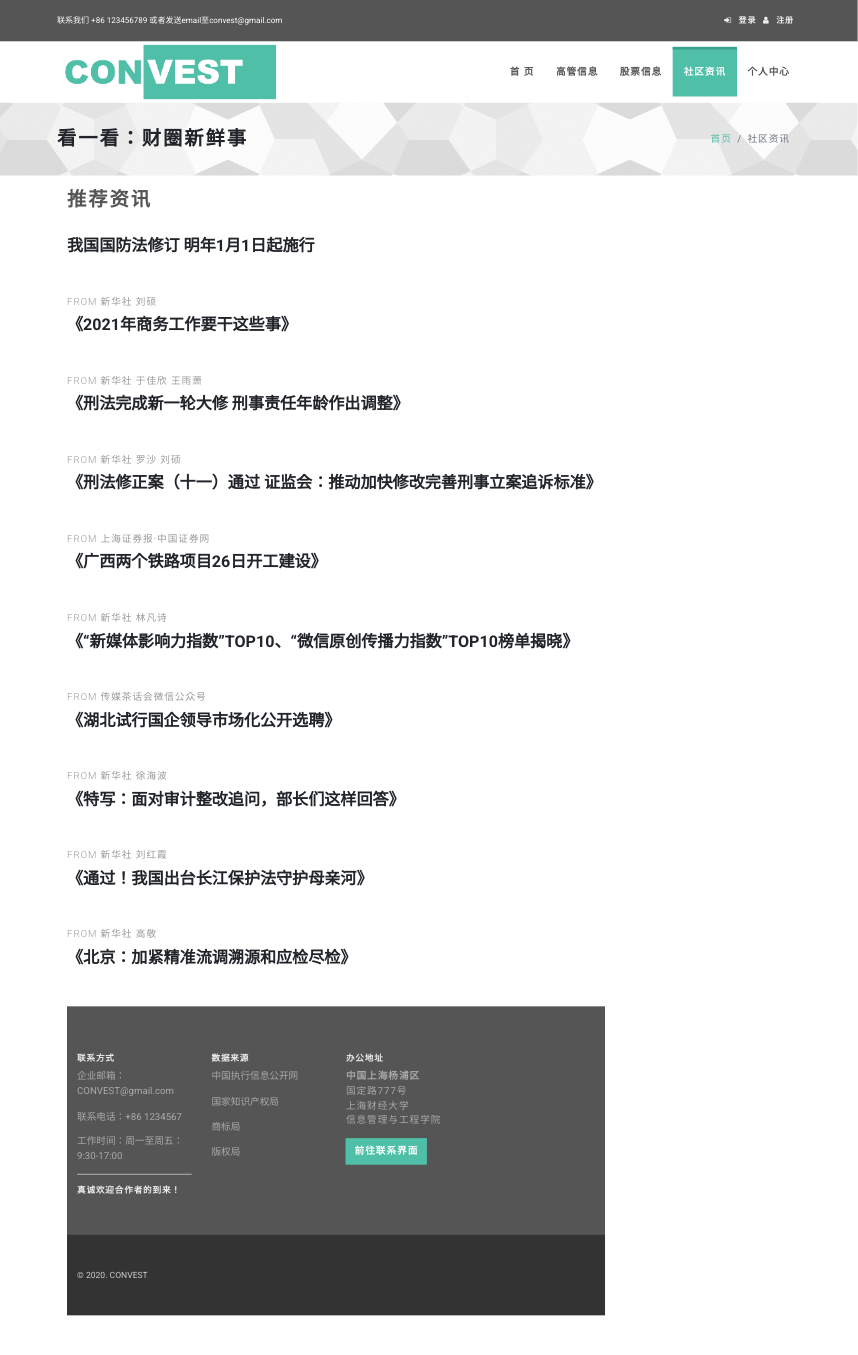
Repository: SUFELYZ/CONVEST
Page: http://localhost/CONVEST/社区资讯.jsp
An editor plug-in stored every save of this project. The page is shown before and after the next save, followed by the edit.
The browser window is 1280 px wide. The pictures show the whole page, at 67% of full size.
The page is served by Tomcat 9. Other server files are loaded and not shown.

Above is the page before, as saved 2021-01-03 14:15:26.

### CONVEST 1.0/CONVEST/WebContent/社区资讯.jsp
<%@ page language="java" contentType="text/html; charset=UTF-8" pageEncoding="UTF-8"%>
<!DOCTYPE html>
<html>
<head>
<meta charset="utf-8">
    <meta http-equiv="X-UA-Compatible" content="IE=edge">
    <title>CONVEST</title>
    <meta name="description" content="">
    <meta name="viewport" content="width=device-width, initial-scale=1">
    <meta name="robots" content="all,follow">
    <!-- Bootstrap CSS-->
    <link rel="stylesheet" href="vendor/bootstrap/css/bootstrap.min.css">
    <!-- Font Awesome CSS-->
    <link rel="stylesheet" href="vendor/font-awesome/css/font-awesome.min.css">
    <!-- Google fonts - Roboto-->
    <link rel="stylesheet" href="https://fonts.googleapis.com/css?family=Roboto:300,400,700">
    <!-- Bootstrap Select-->
    <link rel="stylesheet" href="vendor/bootstrap-select/css/bootstrap-select.min.css">
    <!-- owl carousel-->
    <link rel="stylesheet" href="vendor/owl.carousel/assets/owl.carousel.css">
    <link rel="stylesheet" href="vendor/owl.carousel/assets/owl.theme.default.css">
    <!-- theme stylesheet-->
    <link rel="stylesheet" href="css/style.default.css" id="theme-stylesheet">
    <!-- Custom stylesheet - for your changes-->
    <link rel="stylesheet" href="css/custom.css">
    <!-- Favicon and apple touch icons-->
    <link rel="shortcut icon" href="img/favicon.ico" type="image/x-icon">
    <link rel="apple-touch-icon" href="img/apple-touch-icon.png">
    <link rel="apple-touch-icon" sizes="57x57" href="img/apple-touch-icon-57x57.png">
    <link rel="apple-touch-icon" sizes="72x72" href="img/apple-touch-icon-72x72.png">
    <link rel="apple-touch-icon" sizes="76x76" href="img/apple-touch-icon-76x76.png">
    <link rel="apple-touch-icon" sizes="114x114" href="img/apple-touch-icon-114x114.png">
    <link rel="apple-touch-icon" sizes="120x120" href="img/apple-touch-icon-120x120.png">
    <link rel="apple-touch-icon" sizes="144x144" href="img/apple-touch-icon-144x144.png">
    <link rel="apple-touch-icon" sizes="152x152" href="img/apple-touch-icon-152x152.png">
    <!-- Tweaks for older IEs--><!--[if lt IE 9]>
        <script src="https://oss.maxcdn.com/html5shiv/3.7.3/html5shiv.min.js"></script>
        <script src="https://oss.maxcdn.com/respond/1.4.2/respond.min.js"></script><![endif]-->
</head>
<body>
<div id="all">
      <!-- Top bar-->
      <div class="top-bar">
        <div class="container">
          <div class="row d-flex align-items-center">
            <div class="col-md-6 d-md-block d-none">
              <p>联系我们 +86 123456789 或者发送email至convest@gmail.com</p>
            </div>
            <div class="col-md-6">
              <div class="d-flex justify-content-md-end justify-content-between">
                <ul class="list-inline contact-info d-block d-md-none">
                  <li class="list-inline-item"><a href="#"><i class="fa fa-phone"></i></a></li>
                  <li class="list-inline-item"><a href="#"><i class="fa fa-envelope"></i></a></li>
                </ul>
                <div class="login"><a href="#" data-toggle="modal" data-target="#login-modal" class="login-btn"><i class="fa fa-sign-in"></i><span class="d-none d-md-inline-block">登录</span></a><a href="customer-register.jsp" class="signup-btn"><i class="fa fa-user"></i><span class="d-none d-md-inline-block">注册</span></a></div>

              </div>
            </div>
          </div>
        </div>
      </div>
      <!-- Top bar end-->
      <!-- Login Modal-->
      <div id="login-modal" tabindex="-1" role="dialog" aria-labelledFrom="login-modalLabel" aria-hidden="true" class="modal fade">
        <div role="document" class="modal-dialog">
          <div class="modal-content">
            <div class="modal-header">
              <h4 id="login-modalLabel" class="modal-title">用户登录</h4>
              <button type="button" data-dismiss="modal" aria-label="Close" class="close"><span aria-hidden="true">×</span></button>
            </div>
            <div class="modal-body">
              <form action="个人中心.jsp" method="get">
                <div class="form-group">
                  <input id="email_modal" type="text" placeholder="email" class="form-control">
                </div>
                <div class="form-group">
                  <input id="password_modal" type="password" placeholder="密码" class="form-control">
                </div>
                <p class="text-center">
                  <button class="btn btn-template-outlined"><i class="fa fa-sign-in"></i> 登录</button>
                </p>
              </form>
              <p class="text-center text-muted">还没注册？</p>
              <p class="text-center text-muted"><a href="customer-register.jsp"><strong>即刻注册</strong></a>! 只需一分钟，体验更多功能！</p>
            </div>
          </div>
        </div>
      </div>
      <!-- Login modal end-->
      <!-- Navbar Start-->
      <header class="nav-holder make-sticky">
        <div id="navbar" role="navigation" class="navbar navbar-expand-lg">
          <div class="container"><a href="首页.jsp" class="navbar-brand home"><img src="img/logo.png" alt="Universal logo" class="d-none d-md-inline-block"><img src="img/logo-small.png" alt="Universal logo" class="d-inline-block d-md-none"><span class="sr-only">CONVEST - go to homepage</span></a>
            <button type="button" data-toggle="collapse" data-target="#navigation" class="navbar-toggler btn-template-outlined"><span class="sr-only">Toggle navigation</span><i class="fa fa-align-justify"></i></button>
            <div id="navigation" class="navbar-collapse collapse">
              <ul class="nav navbar-nav ml-auto">
                <li class="nav-item dropdown menu-large"><a href="首页.jsp" >首 页 <b class="caret"></b></a>

                </li>
                <li class="nav-item dropdown menu-large"><a href="高管信息.jsp">高管信息 <b class="caret"></b></a>

                </li>
                <li class="nav-item dropdown menu-large"><a href="股票信息.jsp" >股票信息<b class="caret"></b></a>

                </li>
                <li class="nav-item dropdown active"><a href="社区资讯.jsp" >社区资讯 <b class="caret"></b></a>

                </li>

                <li class="nav-item dropdown menu-large"><a href="个人中心.jsp" >个人中心 <b class="caret"></b></a>

                </li>
                <!-- ========== Contact dropdown end ==================-->
              </ul>
            </div>
            <div id="search" class="collapse clearfix">
              <form role="search" class="navbar-form">
                <div class="input-group">
                  <input type="text" placeholder="Search" class="form-control"><span class="input-group-btn">
                    <button type="button" class="btn btn-template-main"><i class="fa fa-search"></i></button></span>
                </div>
              </form>
            </div>
          </div>
        </div>
      </header>
      <!-- Navbar End-->

      <div id="heading-breadcrumbs">
        <div class="container">
          <div class="row d-flex align-items-center flex-wrap">
            <div class="col-md-7">
              <h1 class="h2">看一看：财圈新鲜事</h1>
            </div>
            <div class="col-md-5">
              <ul class="breadcrumb d-flex justify-content-end">
                <li class="breadcrumb-item"><a href="首页.jsp">首页</a></li>
                <li class="breadcrumb-item active">社区资讯</li>
              </ul>
            </div>
          </div>
        </div>
      </div>
      <div id="content">
        <div class="container">
          <section class="bar no-padding-bottom">
            <div class="row">
              <div class="col-md-12">
              </div>
            </div>
          </section>


      <!-- LEFT COLUMN _________________________________________________________-->
              <div id="blog-listing-big" class="col-md-9">
                  <div class="post" id="qeone">
                      <h2><a>推荐资讯</a></h2>


                         <br>
                      <div class="post" id="qeone">
                      <h3><a id="title1">我国国防法修订 明年1月1日起施行</a></h3>
                  </div>
                  <div class="post" id="qetwo">

                      <div class="row">
                          <div class="col-sm-6">
                              <p class="author-category">From <a id="name1">新华社 刘硕</a></p>
                          </div>

                      </div>
                      <h3><a id="title2">《2021年商务工作要干这些事》</a></h3>
                  </div>
                  <div class="post" id="qethree">

                      <div class="row" >
                          <div class="col-sm-6">
                              <p class="author-category">From <a id="name2">新华社 于佳欣 王雨萧</a></p>
                          </div>

                      </div>
                      <h3><a id="title3">《刑法完成新一轮大修 刑事责任年龄作出调整》</a></h3>
                  </div>
                  <div class="post" id="qefour">

                      <div class="row">
                          <div class="col-sm-6">
                              <p class="author-category">From <a id="name3">新华社 罗沙 刘硕</a></p>
                          </div>
                      </div>
                      <h3><a id="title4">《刑法修正案（十一）通过 证监会：推动加快修改完善刑事立案追诉标准》</a></h3>
                  </div>
                  <div class="post" id="qefive">

                      <div class="row">
                          <div class="col-sm-6">
                              <p class="author-category">From <a id="name4">上海证券报·中国证券网 </a></p>
                          </div>
                      </div>
                      <h3><a id="title5">《广西两个铁路项目26日开工建设》</a></h3>
                  </div>
                  <div class="post" id="qesix">

                      <div class="row">
                          <div class="col-sm-6">
                              <p class="author-category">From <a id="name5">新华社 林凡诗</a></p>
                          </div>
                      </div>
                      <h3><a id="title6">《“新媒体影响力指数”TOP10、“微信原创传播力指数”TOP10榜单揭晓》</a></h3>
                  </div>
                   <div class="post" id="qeseven">

                      <div class="row">
                          <div class="col-sm-6">
                              <p class="author-category">From <a id="name6">传媒茶话会微信公众号</a></p>
                          </div>
                      </div>
                      <h3><a id="title7">《湖北试行国企领导市场化公开选聘》</a></h3>
                  </div>
                   <div class="post" id="qeeight">

                      <div class="row">
                          <div class="col-sm-6">
                              <p class="author-category">From <a id="name7">新华社 徐海波</a></p>
                          </div>
                      </div>
                      <h3><a id="title8">《特写：面对审计整改追问，部长们这样回答》</a></h3>
                  </div>
                  <div class="post" id="qenine">

                      <div class="row">
                          <div class="col-sm-6">
                              <p class="author-category">From <a id="name8">新华社 刘红霞</a></p>
                          </div>
                      </div>
                      <h3><a id="title9">《通过！我国出台长江保护法守护母亲河》</a></h3>
                  </div>
                  <div class="post" id="qeten">

                      <div class="row">
                          <div class="col-sm-6">
                              <p class="author-category">From <a id="name9">新华社 高敬</a></p>
                          </div>
                      </div>
                      <h3><a id="title10">《北京：加紧精准流调溯源和应检尽检》</a></h3>
                  </div>

                  <div class="post" id="qe1" style="display:none">

                      <div class="row" >
                          <div class="col-sm-6">
                              <p class="author-category">From <a id="name10">新华社 赵旭 孙蕾 田晨旭</a></p>
                          </div>
                      </div>
                      <h3><a id="title11">《武汉城市圈第5条城际铁路正式开通运营》</a></h3>
                  </div>
                  <div class="post" id="qe2" style="display:none">

                      <div class="row" >
                          <div class="col-sm-6">
                              <p class="author-category">From <a id="name11">新华社 王贤</a></p>
                          </div>
                      </div>
                      <h3><a id="title12">《全国商务工作电视电话会议召开 部署2021年重点工作》</a></h3>
                  </div>
                  <div class="post" id="qe3" style="display:none">

                      <div class="row" >
                          <div class="col-sm-6">
                              <p class="author-category">From <a id="name12">上海证券报·中国证券网</a></p>
                          </div>
                      </div>
                      <h3><a id="title13">《湘鄂渝黔桂边区重要铁路枢纽“再升级”》</a></h3>
                  </div>
                  <div class="post" id="qe4" style="display:none">

                      <div class="row" >
                          <div class="col-sm-6">
                              <p class="author-category">From <a id="name13">新华社 史卫燕</a></p>
                          </div>
                      </div>
                      <h3><a id="title14">《十三届全国人大四次会议将于2021年3月5日在京召开》</a></h3>
                  </div>
                   <div class="post" id="qe5" style="display:none">

                      <div class="row" >
                          <div class="col-sm-6">
                              <p class="author-category">From <a id="name14">新华社 王琦</a></p>
                          </div>
                      </div>
                      <h3><a id="title15">《三个月时间，广州浪奇“黑洞”扩大了50%，何时是尽头？》</a></h3>
                  </div>
                  <div class="post" id="qe5" style="display:none">

                      <div class="row" >
                          <div class="col-sm-6">
                              <p class="author-category">From <a id="name15">上海证券报微信公众号 邱德坤</a></p>
                          </div>
                      </div>

                  <ul class="pager list-unstyled d-flex align-items-center justify-content-between">
                      <li class="next disabled"><a href="#" class="btn btn-template-outlined">← 上一页</a></li>
                      <li class="pervious"><a href="#" class="btn btn-template-outlined">下一页 →</a></li>
                  </ul>
              </div>


      <!-- FOOTER -->
     <footer class="main-footer">
        <div class="container">
          <div class="row">
            <div class="col-lg-3">
              <h4 class="h6">联系方式</h4>
              <p>企业邮箱：<a href="mailto:CONVEST@gmail.com" rel="nofollow">CONVEST@gmail.com</a></p>
              <p>联系电话：+86 1234567</p>
              <p>工作时间：周一至周五：9:30-17:00</p>
              <hr>
              <h4 class="h6">真诚欢迎合作者的到来！</h4>

              <hr class="d-block d-lg-none">
            </div>
            <div class="col-lg-3">
              <h4 class="h6">数据来源</h4>
              <p><a href="http://zxgk.court.gov.cn/" target="_blank" rel="nofollow">中国执行信息公开网</a></p>
              <p><a href="http://www.sipo.gov.cn/" target="_blank" rel="nofollow">国家知识产权局</a></p>
              <p><a href="http://sbj.cnipa.gov.cn/" target="_blank" rel="nofollow">商标局</a></p>
              <p><a href="http://www.ncac.gov.cn/" target="_blank" rel="nofollow">版权局</a></p>

            </div>

            <div class="col-lg-3">
              <h4 class="h6">办公地址</h4>
              <p class="text-uppercase"><strong>中国上海杨浦区</strong><br>国定路777号 <br>上海财经大学<br>信息管理与工程学院<br><strong></strong></p><a href="contact.jsp" class="btn btn-template-main">前往联系界面</a>
              <hr class="d-block d-lg-none">
            </div>

          </div>
        </div>
        <div class="copyrights">
          <div class="container">
            <div class="row">
              <div class="col-lg-4 text-center-md">
                <p>&copy; 2020. CONVEST</p>
              </div>

            </div>
          </div>
        </div>
      </footer>
    </div>
    <!-- Javascript files-->
    <script src="vendor/jquery/jquery.min.js"></script>
    <script src="vendor/popper.js/umd/popper.min.js"> </script>
    <script src="vendor/bootstrap/js/bootstrap.min.js"></script>
    <script src="vendor/jquery.cookie/jquery.cookie.js"> </script>
    <script src="vendor/waypoints/lib/jquery.waypoints.min.js"> </script>
    <script src="vendor/jquery.counterup/jquery.counterup.min.js"> </script>
    <script src="vendor/owl.carousel/owl.carousel.min.js"></script>
    <script src="vendor/owl.carousel2.thumbs/owl.carousel2.thumbs.min.js"></script>
    <script src="js/jquery.parallax-1.1.3.js"></script>
    <script src="vendor/bootstrap-select/js/bootstrap-select.min.js"></script>
    <script src="vendor/jquery.scrollto/jquery.scrollTo.min.js"></script>
    <script src="js/front.js"></script>
<script src="js/jquery.dataTables.min.js"></script>
    <script src="js/template.js"></script>

  </body>
</html>

Loaded but not shown: CONVEST 1.0/CONVEST/WebContent/css/custom.css (common file); CONVEST 1.0/CONVEST/WebContent/js/jquery.parallax-1.1.3.js (common file); CONVEST 1.0/CONVEST/WebContent/js/jquery.dataTables.min.js (library); CONVEST 1.0/CONVEST/WebContent/js/template.js (library); CONVEST 1.0/CONVEST/WebContent/js/front.js (295 lines, source omitted); CONVEST 1.0/CONVEST/WebContent/css/style.default.css (3694 lines, source omitted)

After the next save:
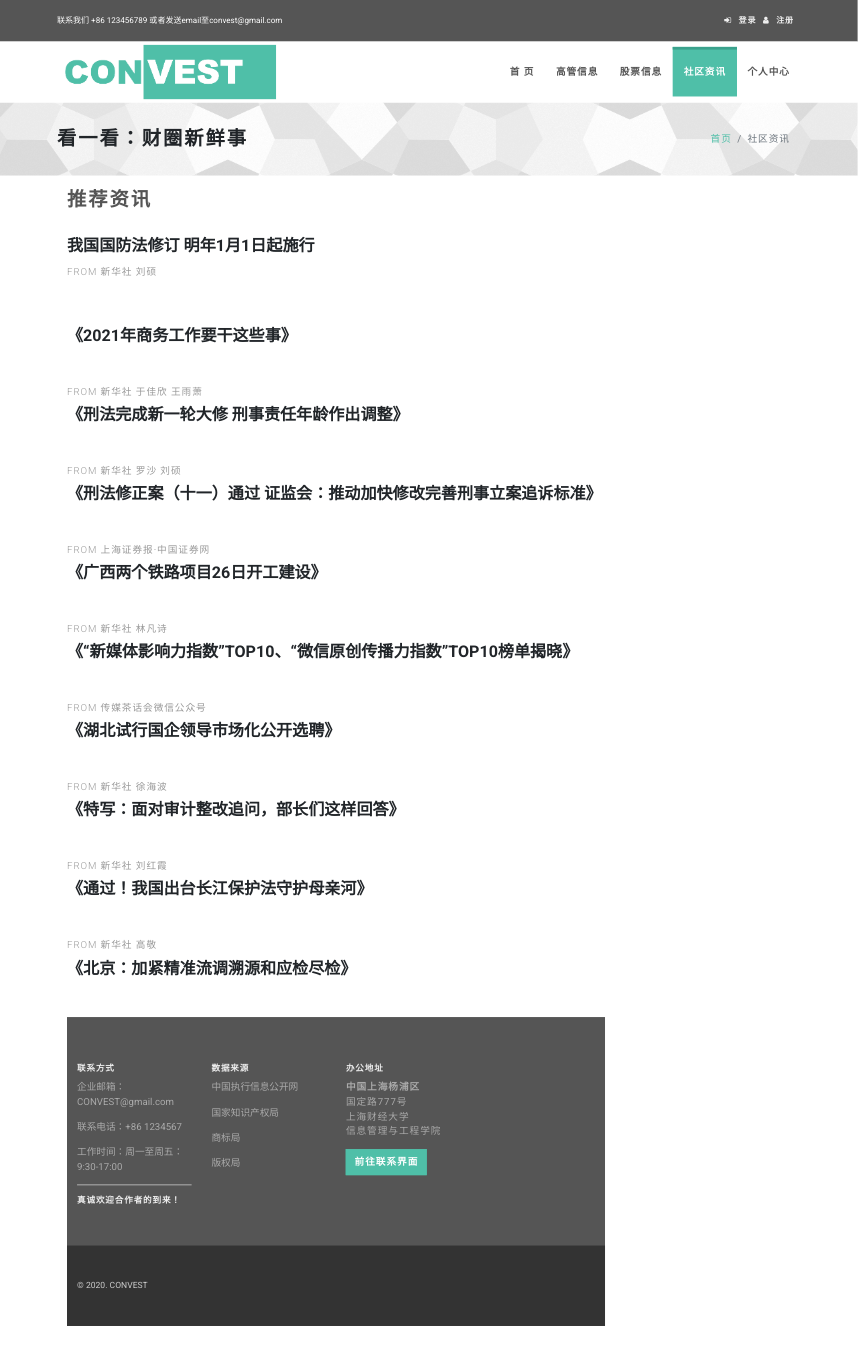
Saved 100 s later.
--- a/CONVEST 1.0/CONVEST/WebContent/社区资讯.jsp
+++ b/CONVEST 1.0/CONVEST/WebContent/社区资讯.jsp
@@ -158,17 +158,18 @@
 
 
                          <br>
-                      <div class="post" id="qeone">
+                   <div class="post" id="qeone">
                       <h3><a id="title1">我国国防法修订 明年1月1日起施行</a></h3>
+                       <div class="row">
+                          <div class="col-sm-6">
+                              <p class="author-category">From <a id="name1">新华社 刘硕</a></p>
+                          </div>
+
+                      </div>
                   </div>
                   <div class="post" id="qetwo">
 
-                      <div class="row">
-                          <div class="col-sm-6">
-                              <p class="author-category">From <a id="name1">新华社 刘硕</a></p>
-                          </div>
-
-                      </div>
+
                       <h3><a id="title2">《2021年商务工作要干这些事》</a></h3>
                   </div>
                   <div class="post" id="qethree">
